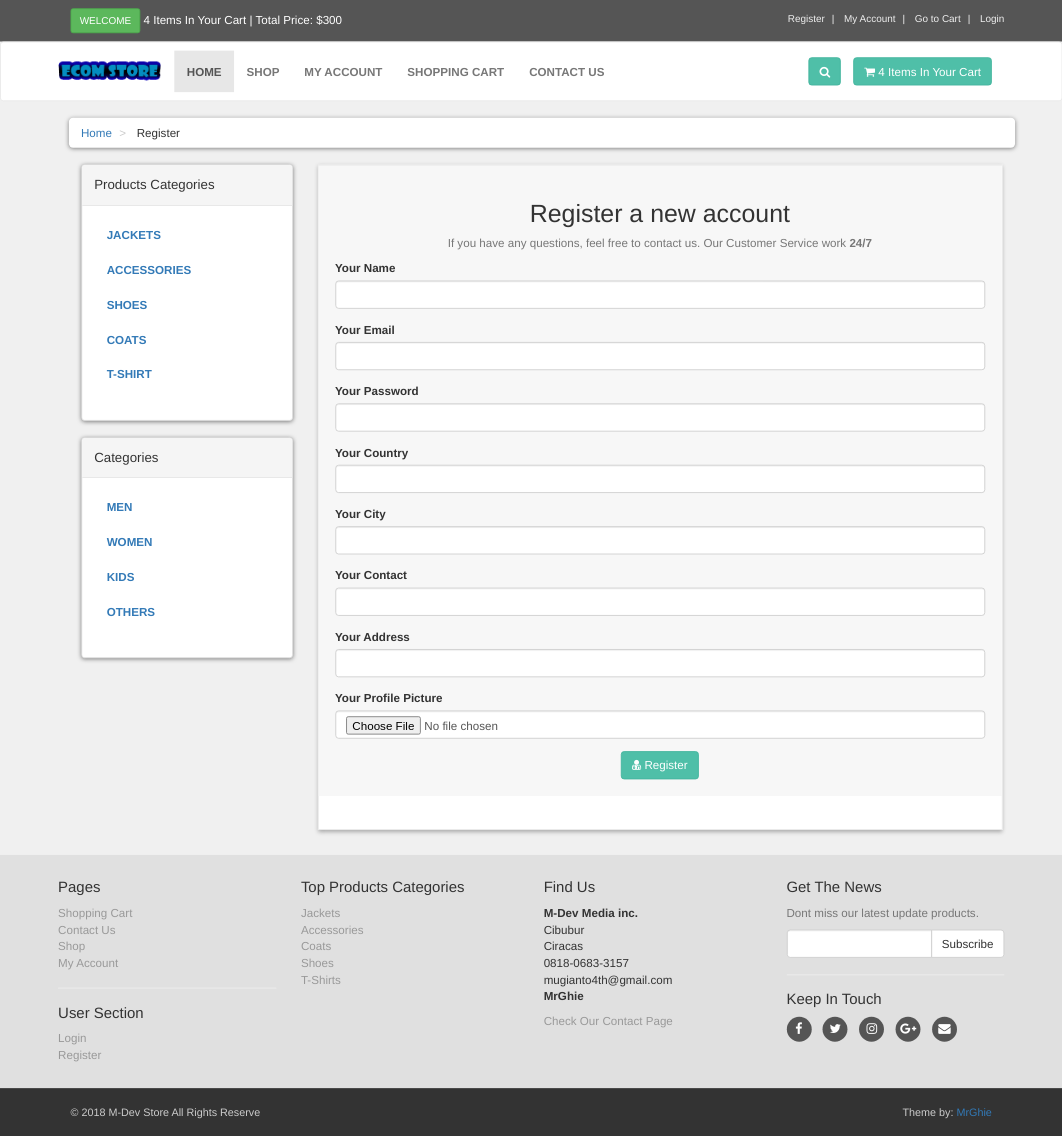
Repository: truonghuynhquy/M_Dev_Store
Page: http://localhost/customer_register.php
The author's editor kept a copy of each file at every save. The page is drawn from the files as they stood at one save, then again after the next save.
The browser window is 1280 px wide. The pictures show the whole page, at 83% of full size.
The page is run by PHP 8.4 with error messages shown; the project is at /var/www/html/.

Above is the page before, as saved 2022-10-02 11:54:53.

### customer_register.php
<!DOCTYPE html>
<html lang="en">

<head>
    <meta charset="UTF-8">
    <meta http-equiv="X-UA-Compatible" content="IE=edge">
    <meta name="viewport" content="width=device-width, initial-scale=1.0">
    <title>M-Dev Shop</title>
    <link rel="stylesheet" href="styles/bootstrap-337.min.css">
    <link rel="stylesheet" href="styles/style.css">
    <link rel="stylesheet" href="font-awsome/css/font-awesome.min.css">
</head>

<body>
    <div id="top">
        <!--  Top:     Begin  -->

        <div class="container">
            <!--  Container:     Begin  -->
            <div class="col-md-6 offer">
                <!--  col-md-6 offer:     Begin  -->
                <a href="#" class="btn btn-success btn-sm">Welcome</a>
                <a href="checkout.php">4 Items In Your Cart | Total Price: $300</a>
            </div><!--  col-md-6:     Finish  -->

            <div class="col md-6">
                <!--  col-md-6:     Begin  -->

                <ul class="menu">
                    <!--  menu:     Begin  -->
                    <li>
                        <a href="customer_register.php">Register</a>
                    </li>
                    <li>
                        <a href="checkout.php">My Account</a>
                    </li>
                    <li>
                        <a href="cart.php">Go to Cart</a>
                    </li>
                    <li>
                        <a href="checkout.php">Login</a>
                    </li>

                </ul><!--  menu:     Finish  -->

            </div><!--  col-md-6:     Finish  -->

        </div><!--  Container:     Finish  -->

    </div><!--  Top:    Finish  -->

    <div id="navbar" class="navbar navbar-default">
        <!--  navbar navbar-default:    Begin  -->

        <div class="container">
            <!--  container:    Begin  -->

            <div class="nav-header">
                <!--  nav-header:    Begin  -->

                <a href="index.php" class="navbar-brand home">
                    <!-- navbar-brand home Begin -->

                    <img src="images/ecom-store-logo.png" alt="M-dev-Store Logo" class="hidden-xs">
                    <img src="images/ecom-store-logo-mobile.png" alt="M-dev-Store Logo Mobile" class="visible-xs">

                </a><!-- navbar-brand home Finish -->

                <button class="navbar-toggle" data-toggle="collapse" data-target="#navigation">

                    <span class="sr-only">Toggle navigation</span>

                    <i class="fa fa-align-justify"></i>

                </button>

                <button class="navbar-toggle" data-toggle="collapse" data-target="#search">

                    <span class="sr-only">Toggle Search</span>

                    <i class="fa fa-search"></i>

                </button>

            </div><!--  nav-header:    Finish  -->

            <div class="collapse navbar-collapse" id="navigation">
                <!-- navbar-collapse collapse Begin -->

                <div class="padding-nav">
                    <!-- padding-nav Begin -->

                    <ul class="nav navbar-nav left">
                        <!-- nav navbar-nav left Begin -->

                        <li class="active">
                            <a href="index.php">Home</a>
                        </li>
                        <li>
                            <a href="shop.php">Shop</a>
                        </li>
                        <li>
                            <a href="checkout.php">My Account</a>
                        </li>
                        <li>
                            <a href="cart.php">Shopping Cart</a>
                        </li>
                        <li>
                            <a href="contact.php">Contact Us</a>
                        </li>

                    </ul><!-- nav navbar-nav left Finish -->

                </div><!-- padding-nav Finish -->

                <a href="cart.php" class="btn navbar-btn btn-primary right">

                    <!-- btn navbar-btn btn-primary Begin -->

                    <i class="fa fa-shopping-cart"></i>

                    <span>4 Items In Your Cart</span>

                </a><!-- btn navbar-btn btn-primary Finish -->

                <div class="navbar-collapse collapse right">
                    <!-- navbar-collapse collapse right Begin -->

                    <button class="btn btn-primary navbar-btn" type="button" data-toggle="collapse" data-target="#search">
                        <!-- btn btn-primary navbar-btn Begin -->

                        <span class="sr-only">Toggle Search</span>

                        <i class="fa fa-search"></i>

                </div><!-- navbar-collapse collapse right Finish -->

                <div class="collapse clearfix" id="search">
                    <!-- collapse clearfix Begin -->

                    <form method="get" action="results.php" class="navbar-form">
                        <!-- navbar-form Begin -->

                        <div class="input-group">
                            <!-- input-group Begin -->

                            <input type="text" class="form-control" placeholder="Search" name="user_query" required>

                            <span class="input-group-btn">
                                <!-- input-group-btn Begin -->

                                <button type="submit" name="search" value="Search" class="btn btn-primary">
                                    <!-- btn btn-primary Begin -->

                                    <i class="fa fa-search"></i>

                                </button><!-- btn btn-primary Finish -->

                            </span><!-- input-group-btn Finish -->

                        </div><!-- input-group Finish -->

                    </form><!-- navbar-form Finish -->

                </div><!-- collapse clearfix Finish -->

            </div><!-- navbar-collapse collapse Finish -->

        </div><!--  container:    Finish  -->

    </div><!--  navbar navbar-default:    Finish  -->

    <div id="content">
        <!-- #content Begin -->

        <div class="container">
            <!-- #container Begin -->

            <div class="co-md-12">
                <!-- col-md-12 Begin -->

                <ul class="breadcrumb">
                    <!-- breadcrumb Begin -->
                    <li>
                        <a href="index.html">Home</a>
                    </li>
                    <li>
                        Register
                    </li>
                </ul><!-- breadcrumb Finish -->

            </div><!-- col-md-12 Finish -->

            <div class="col-md-3">
                <!-- col-md-3 Begin -->

                <?php

                include("includes/sidebar.php");

                ?>

            </div><!-- col-md-3 Finish -->

            <div class="col-md-9">
                <!-- col-md-9 Begin -->

                <div class="box">
                    <!-- box Begin -->

                    <div class="box-header">
                        <!-- box-header Begin -->

                        <center>
                            <!-- center Begin -->

                            <h2>Register a new account</h2>

                            <p class="text-muted">

                                If you have any questions, feel free to contact us. Our Customer Service work <strong>24/7</strong>
                            </p>

                        </center><!-- center Finish -->

                        <form action="customer_register.php" method="post" enctype="multipart/form-data">
                            <!-- form Begin -->

                            <div class="form-group">
                                <!-- form-group Begin -->

                                <label>Your Name</label>

                                <input type="text" class="form-control" name="c_name" required>

                            </div><!-- form-group Finish -->

                            <div class="form-group">
                                <!-- form-group Begin -->

                                <label>Your Email</label>

                                <input type="text" class="form-control" name="c_email" required>

                            </div><!-- form-group Finish -->

                            <div class="form-group">
                                <!-- form-group Begin -->

                                <label>Your Password</label>

                                <input type="password" class="form-control" name="c_pass" required>

                            </div><!-- form-group Finish -->

                            <div class="form-group">
                                <!-- form-group Begin -->

                                <label>Your Country</label>

                                <input type="text" class="form-control" name="c_country" required>

                            </div><!-- form-group Finish -->

                            <div class="form-group">
                                <!-- form-group Begin -->

                                <label>Your City</label>

                                <input type="text" class="form-control" name="c_city" required>

                            </div><!-- form-group Finish -->

                            <div class="form-group">
                                <!-- form-group Begin -->

                                <label>Your Contact</label>

                                <input type="text" class="form-control" name="c_contact" required>

                            </div><!-- form-group Finish -->

                            <div class="form-group">
                                <!-- form-group Begin -->

                                <label>Your Address</label>

                                <input type="text" class="form-control" name="c_address" required>

                            </div><!-- form-group Finish -->

                            <div class="form-group">
                                <!-- form-group Begin -->

                                <label>Your Profile Picture</label>

                                <input type="file" class="form-control" name="c_image" required>

                            </div><!-- form-group Finish -->

                            <div class="text-center">
                                <!-- text-center Begin -->

                                <button type="submit" name="register" class="btn btn-primary">

                                    <i class="fa fa-user-md"></i> Register

                                </button>

                            </div><!-- text-center Finish -->

                        </form><!-- form Finish -->

                    </div><!-- box-header Finish -->

                </div><!-- box Finish -->

            </div><!-- col-md-9 Finish -->

        </div><!-- #container Finish -->

    </div><!-- #content Finish -->

    <?php

    include("includes/footer.php");

    ?>

    <script src="js/jquery-331.min.js"></script>
    <script src="js/bootstrap-337.min.js"></script>


</body>

</html>

### includes/sidebar.php
<div class="panel panel-default sidebar-menu">
    <!-- panel panel-default sidebar-menu Begin -->

    <div class="panel-heading">
        <!-- panel-heading Begin -->

        <h3 class="panel-title">Products Categories</h3>

    </div><!-- panel-heading Finish -->

    <div class="panel-body">
        <!-- panel-body Begin -->

        <ul class="nav nav-pills nav-stacked category-menu">
            <!-- nav nav-pills nav-stacked category-menu Begin -->

            <li><a href="#">Jackets</a></li>
            <li><a href="#">Accessories</a></li>
            <li><a href="#">Shoes</a></li>
            <li><a href="#">Coats</a></li>
            <li><a href="#">T-Shirt</a></li>

        </ul><!-- nav nav-pills nav-stacked category-menu Finish -->

    </div><!-- panel-body Finish -->

</div><!-- panel panel-default sidebar-menu Finish -->

<div class="panel panel-default sidebar-menu">
    <!-- panel panel-default sidebar-menu Begin -->

    <div class="panel-heading">
        <!-- panel-heading Begin -->

        <h3 class="panel-title">Categories</h3>

    </div><!-- panel-heading Finish -->

    <div class="panel-body">
        <!-- panel-body Begin -->

        <ul class="nav nav-pills nav-stacked category-menu">
            <!-- nav nav-pills nav-stacked category-menu Begin -->

            <li><a href="#">Men</a></li>
            <li><a href="#">Women</a></li>
            <li><a href="#">Kids</a></li>
            <li><a href="#">Others</a></li>

        </ul><!-- nav nav-pills nav-stacked category-menu Finish -->

    </div><!-- panel-body Finish -->

</div><!-- panel panel-default sidebar-menu Finish -->

### includes/footer.php
<div id="footer">
    <!-- #footer Begin -->

    <div class="container">
        <!-- container Begin -->

        <div class="row">
            <!-- row Begin -->

            <div class="col-sm-6 col-md-3">
                <!-- col-sm-6 col-md-3 Begin -->

                <h4>Pages</h4>

                <ul>
                    <!-- ul Begin -->
                    <li><a href="cart.php">Shopping Cart</a></li>
                    <li><a href="contact.php">Contact Us</a></li>
                    <li><a href="shop.php">Shop</a></li>
                    <li><a href="checkout.php">My Account</a></li>
                </ul><!-- ul Finish -->

                <hr>

                <h4>User Section</h4>

                <ul>
                    <!-- ul Begin -->
                    <li><a href="checkout.php">Login</a></li>
                    <li><a href="customer_register.php">Register</a></li>
                </ul><!-- ul Finish -->

                <hr class="hidden-md hidden-lg hidden-sm">

            </div><!-- col-sm-6 col-md-3 Finish -->

            <div class="com-sm-6 col-md-3">
                <!-- col-sm-6 col-md-3 Begin -->

                <h4>Top Products Categories</h4>

                <ul>
                    <!-- ul Begin -->
                    <li><a href="#">Jackets</a></li>
                    <li><a href="#">Accessories</a></li>
                    <li><a href="#">Coats</a></li>
                    <li><a href="#">Shoes</a></li>
                    <li><a href="#">T-Shirts</a></li>
                </ul><!-- ul Finish -->

                <hr class="hidden-md hidden-lg">

            </div><!-- col-sm-6 col-md-3 Finish -->

            <div class="col-sm-6 col-md-3">
                <!-- col-sm-6 col-md-3 Begin -->

                <h4>Find Us</h4>

                <p>
                    <!-- p Start -->

                    <strong>M-Dev Media inc.</strong>
                    <br />Cibubur
                    <br />Ciracas
                    <br />0818-0683-3157
                    <br />mugianto4th@gmail.com
                    <br /><strong>MrGhie</strong>

                </p><!-- p Finish -->

                <a href="contact.php">Check Our Contact Page</a>

                <hr class="hidden-md hidden-lg">

            </div><!-- col-sm-6 col-md-3 Finish -->

            <div class="col-sm-6 col-md-3">

                <h4>Get The News</h4>

                <p class="text-muted">
                    Dont miss our latest update products.
                </p>

                <form action="" method="post">
                    <!-- form begin -->
                    <div class="input-group">
                        <!-- input-group begin -->

                        <input type="text" class="form-control" name="email">

                        <span class="input-group-btn">
                            <!-- input-group-btn begin -->

                            <input type="submit" value="Subscribe" class="btn btn-default">

                        </span><!-- input-group-btn Finish -->

                    </div><!-- input-group Finish -->

                </form><!-- form Finish -->

                <hr>

                <h4>Keep In Touch</h4>

                <p class="social">
                    <a href="#" class="fa fa-facebook"></a>
                    <a href="#" class="fa fa-twitter"></a>
                    <a href="#" class="fa fa-instagram"></a>
                    <a href="#" class="fa fa-google-plus"></a>
                    <a href="#" class="fa fa-envelope"></a>
                </p>

            </div><!-- col-sm-6 col-md-3 Finish -->

        </div><!-- row Finish -->

    </div><!-- container Finish -->

</div><!-- #footer Finish -->

<div id="copyright">
    <!-- #copyright Begin -->

    <div class="container">
        <!-- container Begin -->

        <div class="col-md-6">
            <!-- col-md-6 Begin -->

            <p class="pull-left">&copy; 2018 M-Dev Store All Rights Reserve</p>

        </div><!-- col-md-6 Finish -->

        <div class="col-md-6">
            <!-- col-md-6 Begin -->

            <p class="pull-right">Theme by: <a href="#">MrGhie</a></p>

        </div><!-- col-md-6 Finish -->

    </div><!-- container Finish -->

</div><!-- #copyright Finish -->

Loaded but not shown: styles/bootstrap-337.min.css (library); font-awsome/css/font-awesome.min.css (library); js/jquery-331.min.js (library); js/bootstrap-337.min.js (library); styles/style.css (383 lines, source omitted)

After the next save:
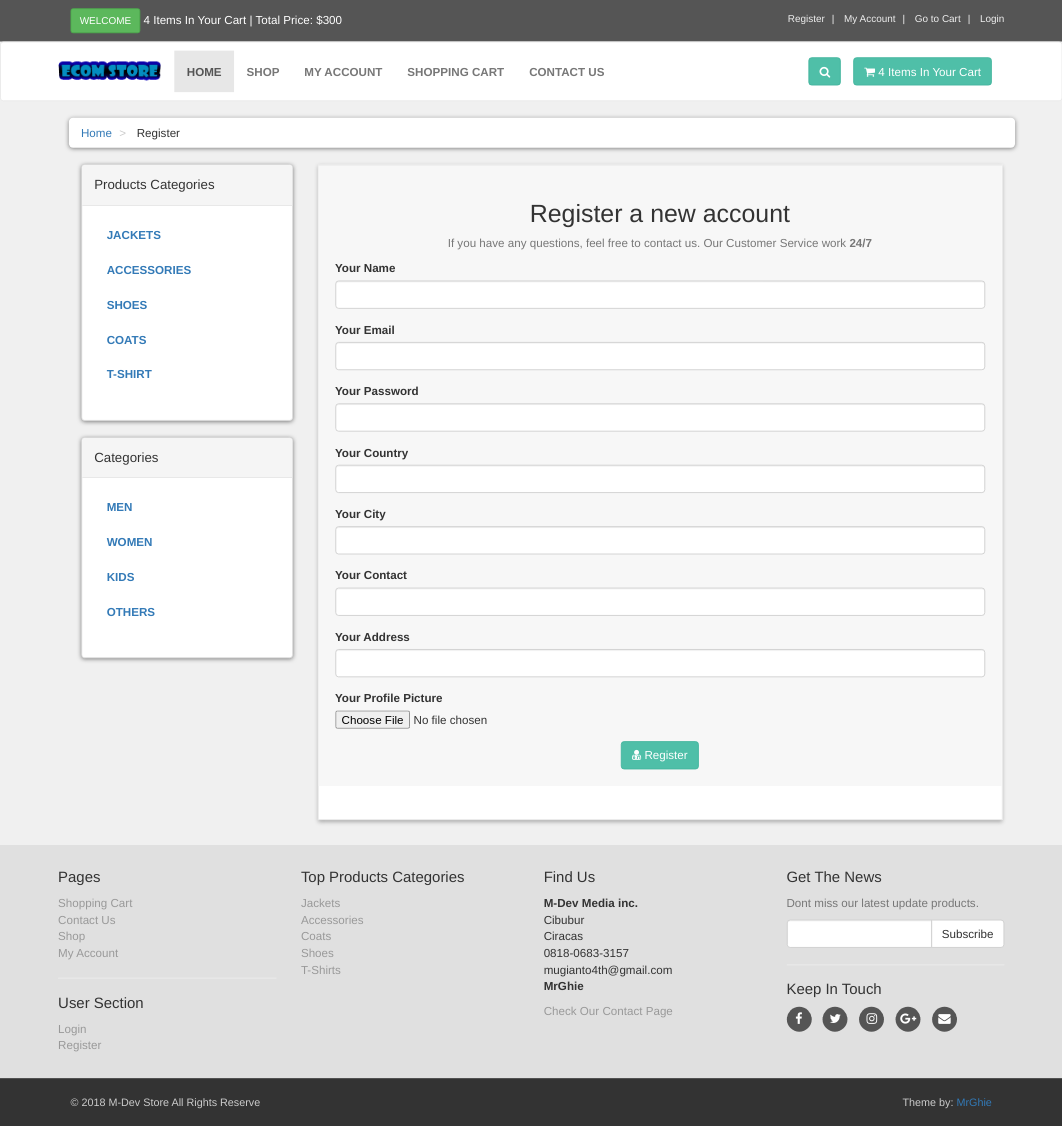
Saved 110 s later.
--- a/customer_register.php
+++ b/customer_register.php
@@ -294,7 +294,7 @@
 
                                 <label>Your Profile Picture</label>
 
-                                <input type="file" class="form-control" name="c_image" required>
+                                <input type="file" class="form-height-custom" name="c_image" required>
 
                             </div><!-- form-group Finish -->
 
